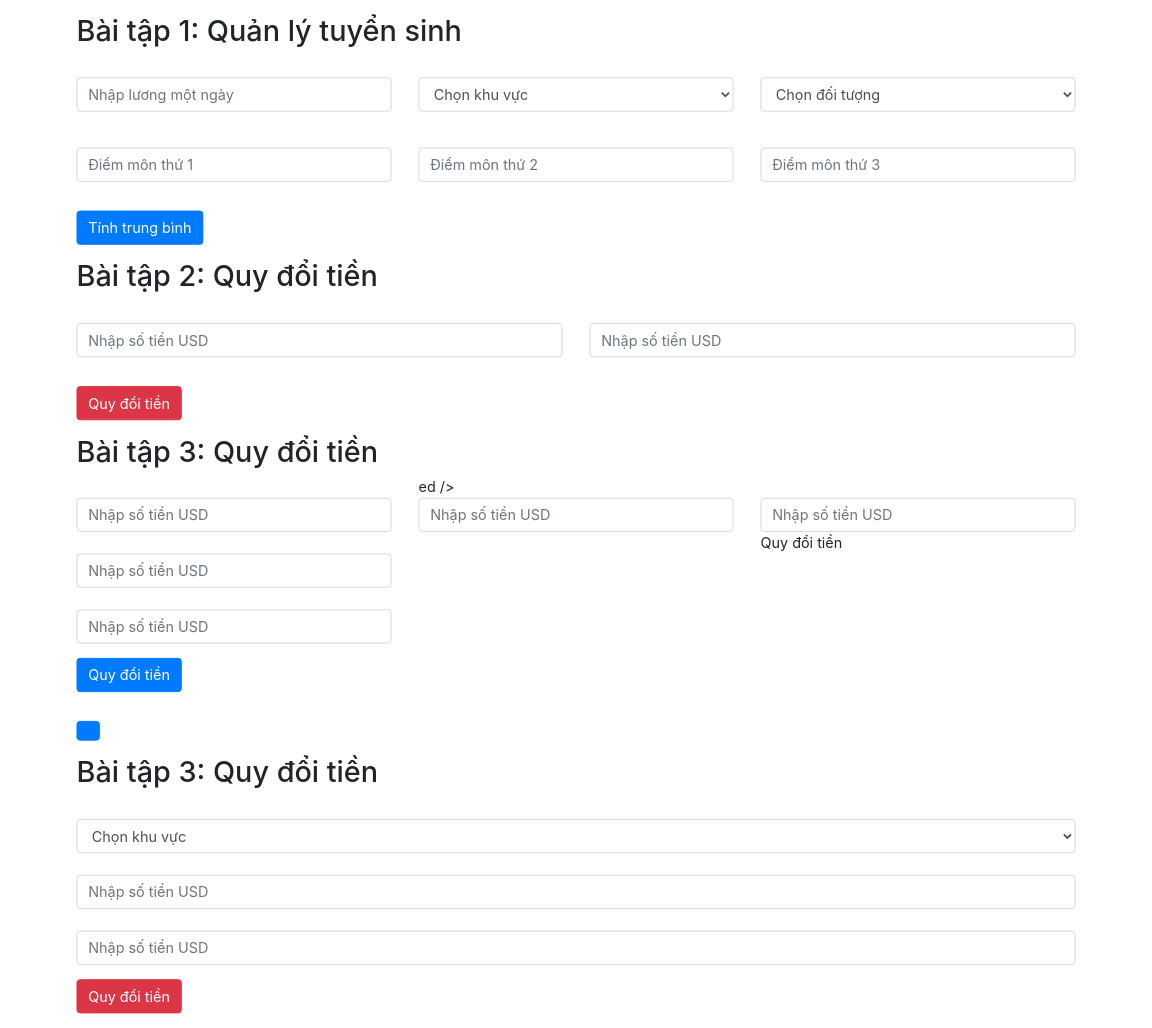
Repository: thanhfrankie/BC10-LeMinhThanh-Js-b5
Page: index.html
The author's editor kept a copy of each file at every save. The page is drawn from the files as they stood at one save, then again after the next save.
The browser window is 1280 px wide. The pictures show the whole page, at 90% of full size.

Above is the page before, as saved 2023-12-15 17:37:03.

After the next save:
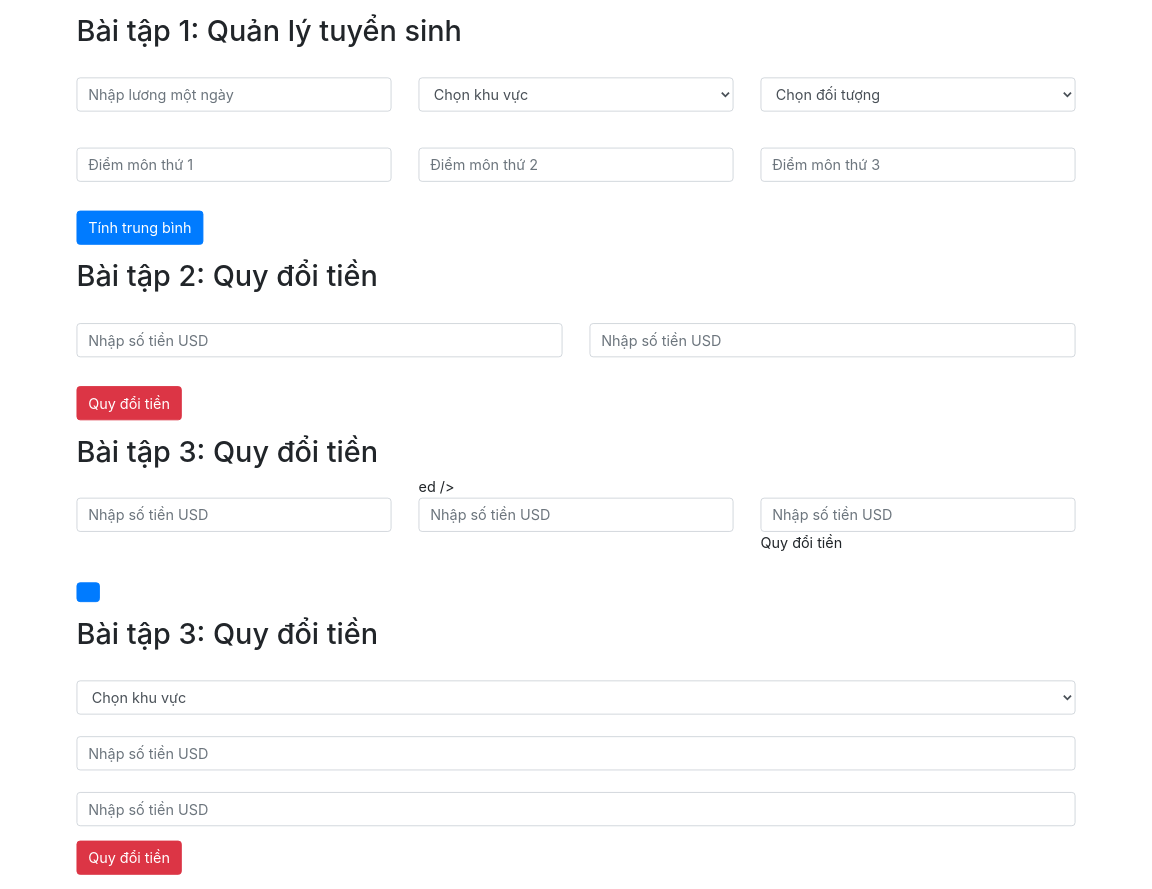
Saved 7 s later.
--- a/index.html
+++ b/index.html
@@ -158,6 +158,11 @@
                       placeholder="Nhập số tiền USD"
                       required
                     />
+
+                </div></div>
+                <div class="col-sm-4">    <div class="form-group">
+             ed
+                    />
                   <label for="so-luong-USD"></label>
                   <input
                     type="number"
@@ -168,6 +173,10 @@
                     placeholder="Nhập số tiền USD"
                     required
                   />
+
+                </div></div>
+                <div class="col-sm-4">    <div class="form-group">
+
                   <label for="so-luong-USD"></label>
                   <input
                     type="number"
@@ -179,38 +188,6 @@
                     required
                   />
 
-                  <button type="button" onclick="quyDoiTien()" class="btn btn-primary mt-3">
-                   Quy đổi tiền
-                  </button>
-                </div></div>
-                <div class="col-sm-4">    <div class="form-group">
-             ed
-                    />
-                  <label for="so-luong-USD"></label>
-                  <input
-                    type="number"
-                    class="form-control"
-                    name=""
-                    id="so-luong-USD"
-                    aria-describedby="helpId"
-                    placeholder="Nhập số tiền USD"
-                    required
-                  />
-
-                </div></div>
-                <div class="col-sm-4">    <div class="form-group">
-
-                  <label for="so-luong-USD"></label>
-                  <input
-                    type="number"
-                    class="form-control"
-                    name=""
-                    id="so-luong-USD"
-                    aria-describedby="helpId"
-                    placeholder="Nhập số tiền USD"
-                    required
-                  />
-
                   Quy đổi tiền
                 </button>
             </div></div>
